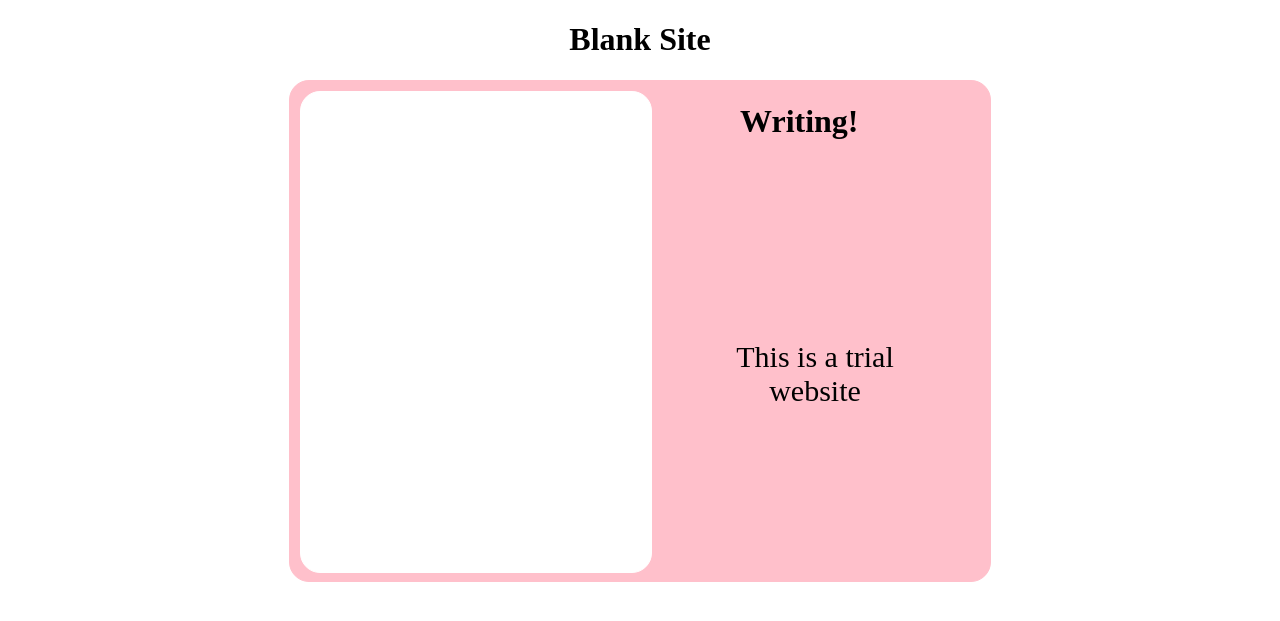
Repository: yhung004/Blank_Project
Page: index.html
These files come from the project's save history. The page is drawn as it stood at one moment and after the next save; the edit follows.
The browser window is 1280 px wide. The pictures show the whole page.

Above is the page before, as saved 2024-04-04 03:30:39.

After the next save:
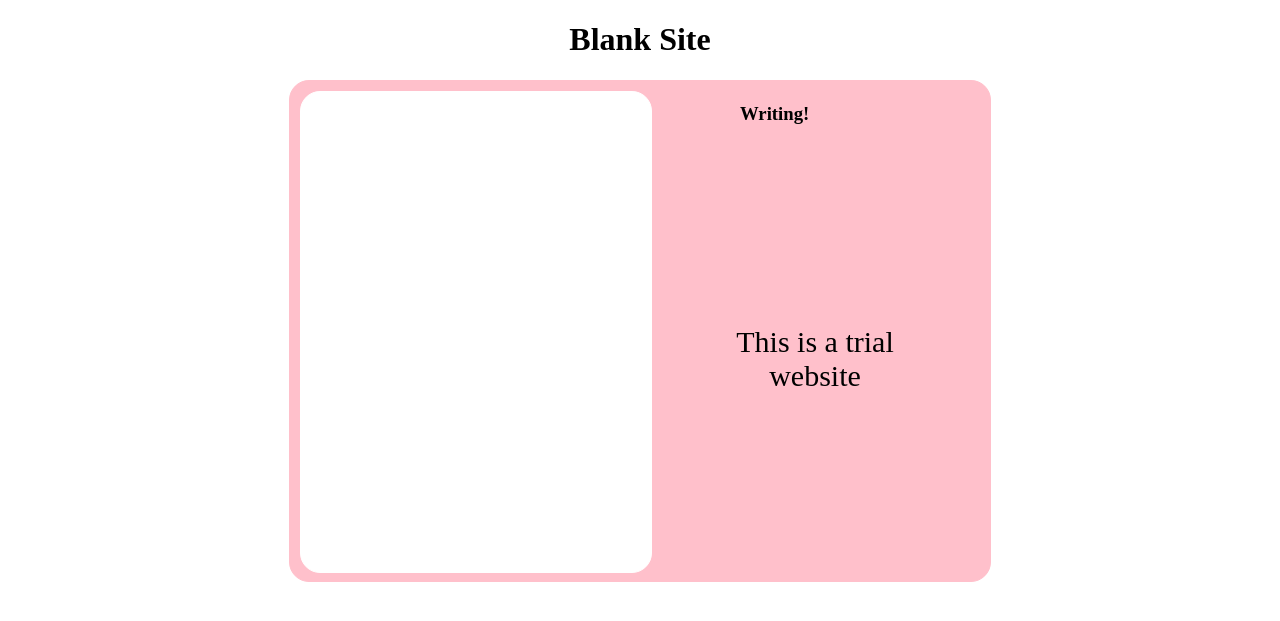
Saved 32 s later.
--- a/index.html
+++ b/index.html
@@ -11,7 +11,7 @@
     <div class="main">
         <div class="container"></div>
         <div class="words">
-            <h1 class="heading2">Writing!</h1>
+            <h3 class="heading2">Writing!</h3>
             <p class="sub">This is a trial <br>website</p>
         </div>
 
